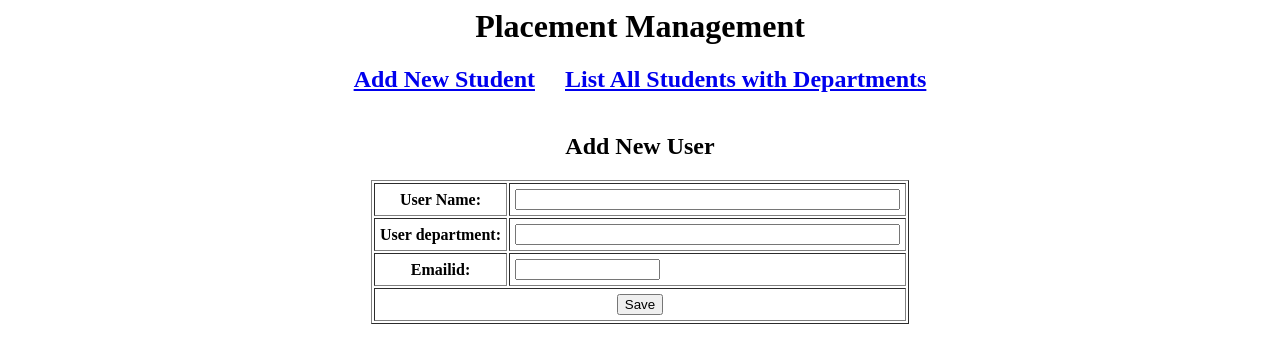
Repository: ashish086/javabascis
Page: http://localhost/placement/
An editor plug-in stored every save of this project. The page is shown before and after the next save, followed by the edit.
The browser window is 1280 px wide. The pictures show the whole page.
The page is served by Tomcat 9. Other server files are loaded and not shown.

Above is the page before, as saved 2021-08-26 05:50:27.

### placement/WebContent/user-form.jsp
<%@ page language="java" contentType="text/html; charset=UTF-8"
    pageEncoding="UTF-8"%>
<%@ taglib uri="http://java.sun.com/jsp/jstl/core" prefix="c" %>
<html>
<head>
 <title>Placement Management Application</title>
</head>
<body>
 <center>
  <h1>Placement Management</h1>
        <h2>
         <a href="new">Add New Student</a>
         &nbsp;&nbsp;&nbsp;
         <a href="list">List All Students with Departments</a>

        </h2>
 </center>
    <div align="center">
  <c:if test="${user != null}">
   <form action="update" method="post">
        </c:if>
        <c:if test="${user == null}">
   <form action="insert" method="post">
        </c:if>
        <table border="1" cellpadding="5">
            <caption>
             <h2>
              <c:if test="${user != null}">
               Edit User
              </c:if>
              <c:if test="${user == null}">
               Add New User
              </c:if>
             </h2>
            </caption>
          <c:if test="${user != null}">
           <input type="hidden" name="id" value="<c:out value='${user.id}' />" />
          </c:if>
            <tr>
                <th>User Name: </th>
                <td>
                 <input type="text" name="name" size="45"
                   value="<c:out value='${user.name}' />"
                  />
                </td>
            </tr>
            <tr>
                <th>User department: </th>
                <td>
                 <input type="text" name="department" size="45"
                   value="<c:out value='${user.department}' />"
                 />
                </td>
            </tr>
            <tr>
                <th>Emailid: </th>
                <td>
                 <input type="text" name="emailid" size="15"
                   value="<c:out value='${user.emailid}' />"
                 />
                </td>
            </tr>
            <tr>
             <td colspan="2" align="center">
              <input type="submit" value="Save" />
             </td>
            </tr>
        </table>
        </form>
    </div>
</body>
</html>

After the next save:
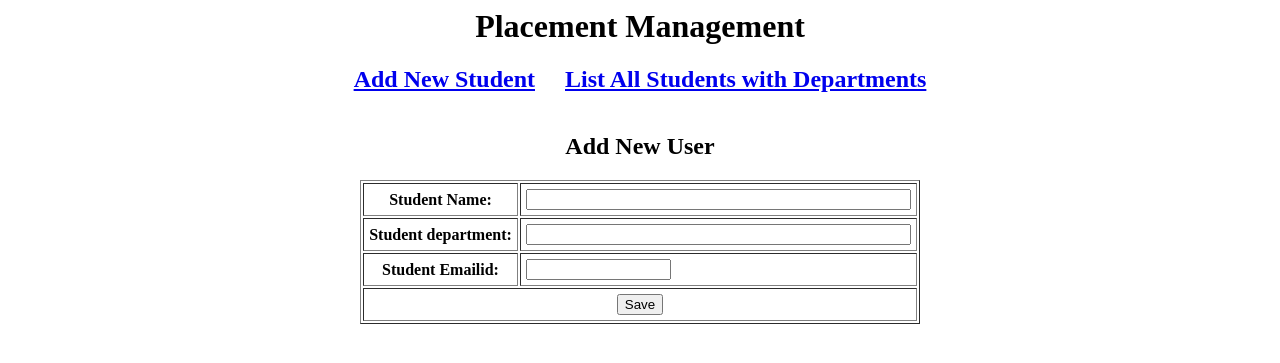
Saved 2 min 18 s later.
--- a/placement/WebContent/user-form.jsp
+++ b/placement/WebContent/user-form.jsp
@@ -37,7 +37,7 @@
            <input type="hidden" name="id" value="<c:out value='${user.id}' />" />
           </c:if>
             <tr>
-                <th>User Name: </th>
+                <th>Student Name: </th>
                 <td>
                  <input type="text" name="name" size="45"
                    value="<c:out value='${user.name}' />"
@@ -45,7 +45,7 @@
                 </td>
             </tr>
             <tr>
-                <th>User department: </th>
+                <th>Student department: </th>
                 <td>
                  <input type="text" name="department" size="45"
                    value="<c:out value='${user.department}' />"
@@ -53,7 +53,7 @@
                 </td>
             </tr>
             <tr>
-                <th>Emailid: </th>
+                <th>Student Emailid: </th>
                 <td>
                  <input type="text" name="emailid" size="15"
                    value="<c:out value='${user.emailid}' />"
